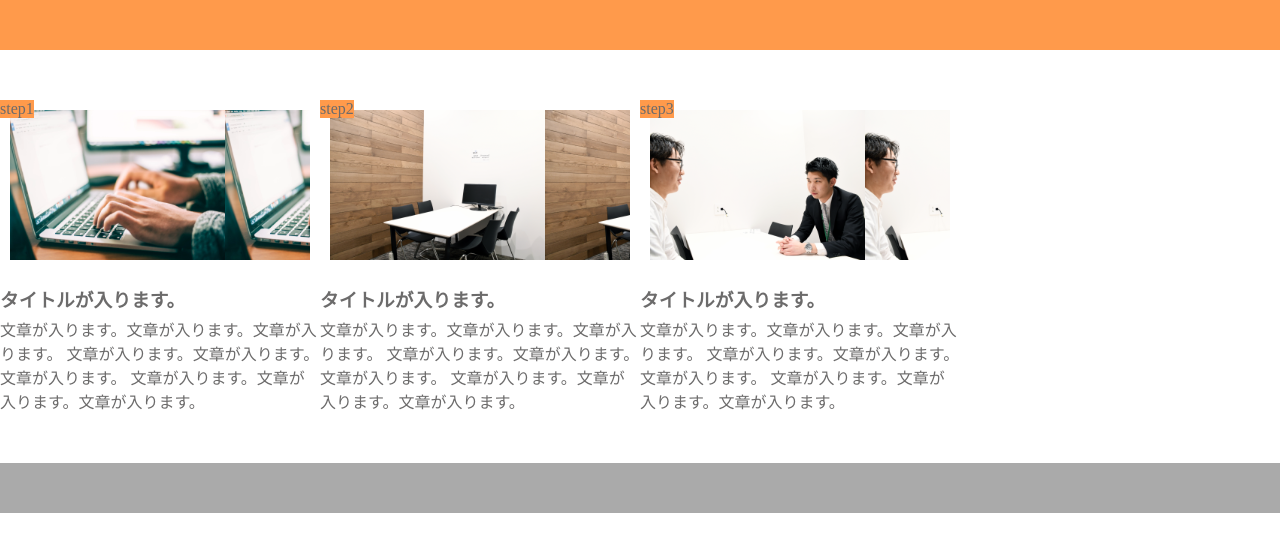
Repository: momopomi/htmlcss
Page: exercise/1-9-2.html
The author's editor kept a record of every edit. The page is drawn from the files as they stood at one moment, then again after the next edit.
The browser window is 1280 px wide. The pictures show the whole page.
Some web libraries are served in a nearby version.

Above is the page before.

### exercise/1-9-2.html
<!DOCTYPE html>
<html lang="ja">
  <head>
    <meta charset="UTF-8" />
    <script src="https://kit.fontawesome.com/fdb695ff91.js" crossorigin="anonymous"></script>
    <!-- CSSファイルの読み込み -->
    <link rel="stylesheet" href="1-9-2.css" />
    <title>CARAVAN</title>
  </head>

  <body>
    <header>
    </header>

    <main>
      <div class="big-box">
        <div class="box">
          <span>step1</span>
          <div class="background1"></div>
          <h3>タイトルが入ります。</h3>
          <p>文章が入ります。文章が入ります。文章が入ります。
             文章が入ります。文章が入ります。文章が入ります。
             文章が入ります。文章が入ります。文章が入ります。</p>
        </div>

        <div class="box">
          <span>step2</span>
          <div class="background2"></div>
          <h3>タイトルが入ります。</h3>
          <p>文章が入ります。文章が入ります。文章が入ります。
             文章が入ります。文章が入ります。文章が入ります。
             文章が入ります。文章が入ります。文章が入ります。</p>
        </div>

        <div class="box">
          <span>step3</span>
          <div class="background3"></div>
          <h3>タイトルが入ります。</h3>
          <p>文章が入ります。文章が入ります。文章が入ります。
             文章が入ります。文章が入ります。文章が入ります。
             文章が入ります。文章が入ります。文章が入ります。</p>
        </div>

      </div>
    </main>

    <footer>
    </footer>
  </body>
</html>

### exercise/1-9-2.css
/* ブラウザがそれぞれ持っているCSSをリセットするための記述 */
* {
  margin: 0;
  padding: 0;
  box-sizing: border-box;
  color: #6c6b6b;
}

header{
  height: 50px;
  background-color: #FF9A4B;
}

.big-box{
  width: 960px;
  margin: 50px 0;
  display: flex;
}

.box1, .box2, .box3{
  width: 300px;
  margin: 30px auto;
  background-color: #EEEEEE;
}

.background1{
  margin:10px;
  background-image: url(img/flow01.png);
  background-size: contain;
  height: 150px;
}

span {
  position: absolute;
  background-color: #FF9A4B;
}

h3{
  padding-top: 15px;
  padding-bottom: 5px;
}

.background2{
  margin:10px;
  background-image: url(img/flow02.png);
  background-size: contain;
  height: 150px;
}

.background3{
  margin:10px;
  background-image: url(img/flow03.png);
  background-size: contain;
  height: 150px;
}

footer{
  height: 50px;
  background-color: #AAAAAA;
}

After the next edit:
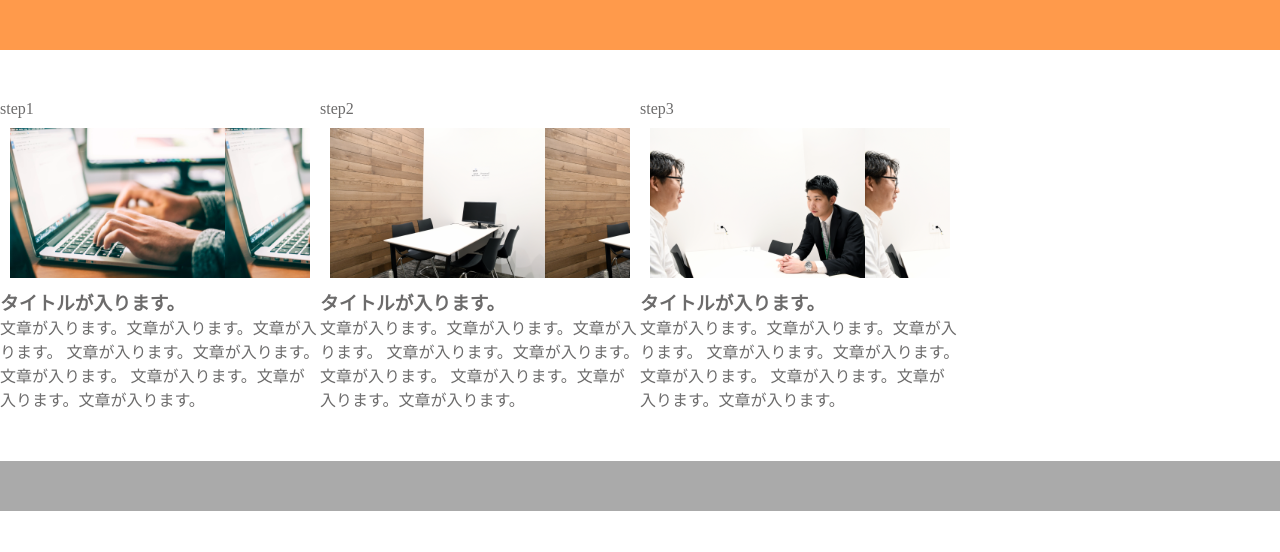
The edit:
--- a/exercise/1-9-2.css
+++ b/exercise/1-9-2.css
@@ -30,16 +30,6 @@
   height: 150px;
 }
 
-span {
-  position: absolute;
-  background-color: #FF9A4B;
-}
-
-h3{
-  padding-top: 15px;
-  padding-bottom: 5px;
-}
-
 .background2{
   margin:10px;
   background-image: url(img/flow02.png);

After the edit that followed:
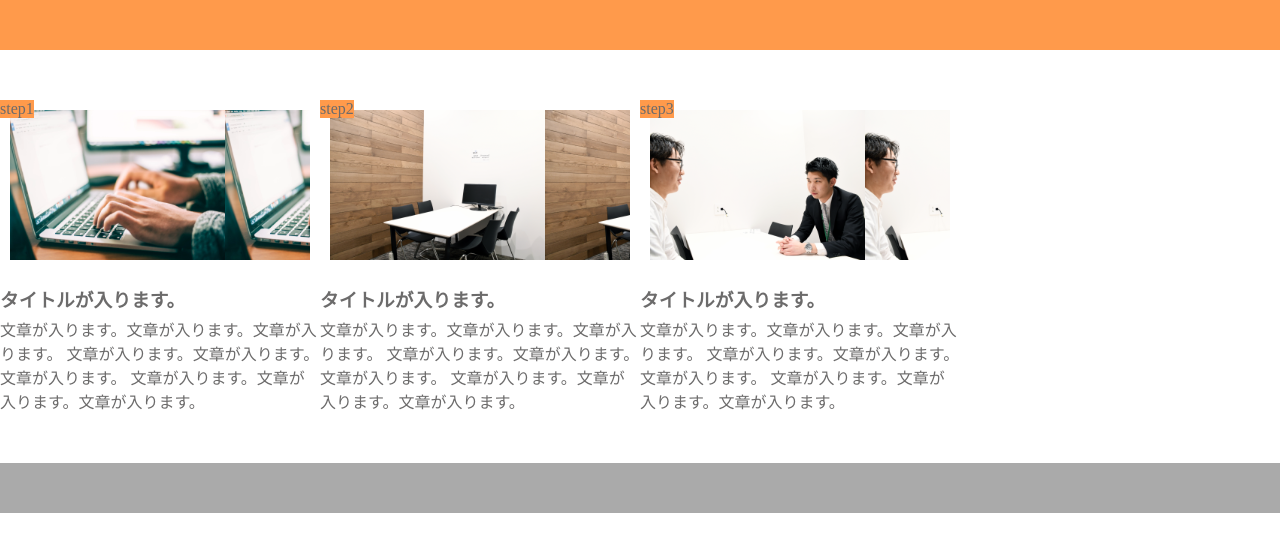
The edit:
--- a/exercise/1-9-2.css
+++ b/exercise/1-9-2.css
@@ -44,6 +44,16 @@
   height: 150px;
 }
 
+span {
+  position: absolute;
+  background-color: #FF9A4B;
+}
+
+h3{
+  padding-top: 15px;
+  padding-bottom: 5px;
+}
+
 footer{
   height: 50px;
   background-color: #AAAAAA;
